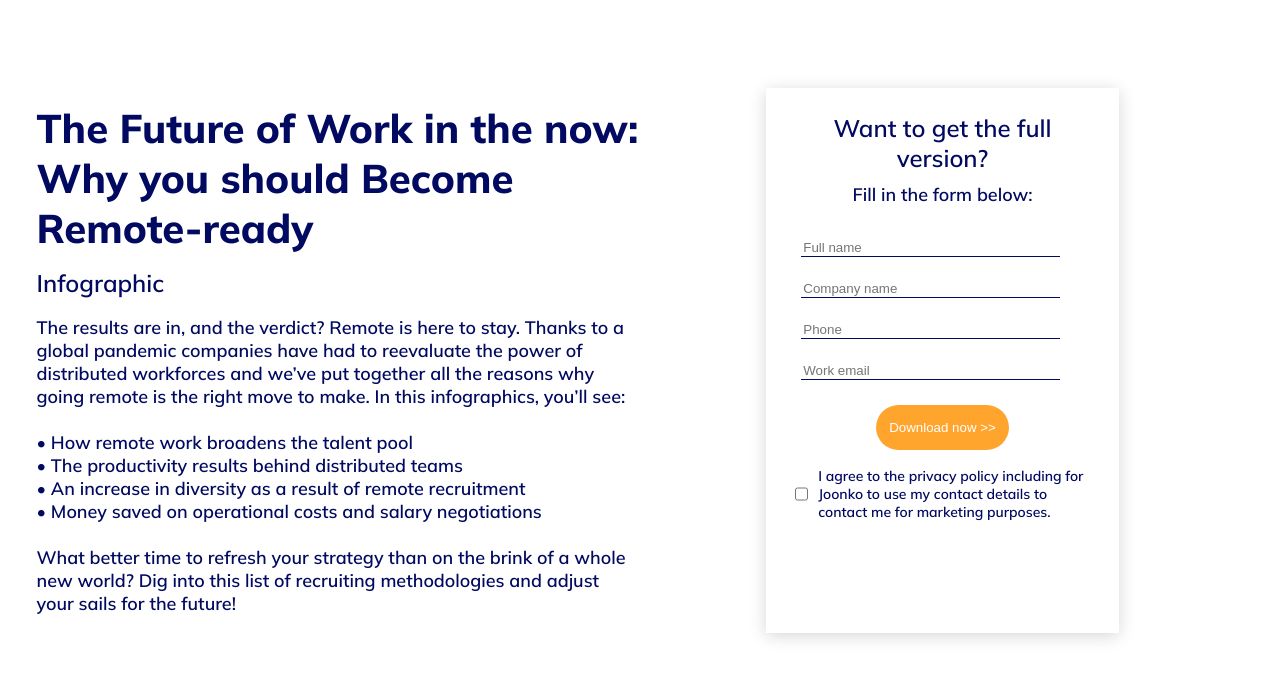
Repository: zivmorad/joonko-form
Page: /
An editor plug-in stored every save of this project. The page is shown before and after the next save, followed by the edit.
The browser window is 1280 px wide. The pictures show the whole page.
The project was rebuilt for these pictures with package versions that can differ from the ones it lists, and the page was loaded fresh each time.

Above is the page before, as saved 2021-08-03 12:17:41.

### public/index.html
<!DOCTYPE html>
<html lang="en">
	<head>
		<style>
			@import url('https://fonts.googleapis.com/css2?family=Mulish:wght@600;800&display=swap');
		</style>
		<meta charset="utf-8" />
		<meta name="viewport" content="width=device-width, initial-scale=1" />
		<meta name="theme-color" content="#000000" />
		<title>React App</title>
	</head>
	<body>
		<div id="root"></div>
	</body>
</html>

### src/App.js
import React, { useState } from 'react';

import './App.scss';

const defaultValues = {
	fullName: '',
	companyName: '',
	phone: '',
	workEmail: '',
	checkbox: false,
};

const App = () => {
	const [formValues, setFromValues] = useState(defaultValues);
	const [errors, setErrors] = useState({});
	const [emailError, setEmailError] = useState('');
	const [isCheckboxErr, setIsCheckboxErr] = useState(false);

	/**
	 * @description Handle user form changes values
	 */
	const onChangeFormValues = (e) => {
		const { name, value } = e.target;
		setFromValues({ ...formValues, [name]: value });
	};

	/**
	 * @description Handle form validation
	 * @returns isValid boolean
	 */
	const validation = () => {
		const newErrors = {};
		let isValid = true;
		const { email, checkbox, phone } = defaultValues;
		// Phone validation
		if (!validatePhoneNumber(phone)) {
			newErrors.phoneError = 'Invalid, please try again';
			isValid = false;
		}
		// Email validation
		if (!validateEmail(email)) {
			newErrors.email = 'Email badly formatted';
			isValid = false;
		}
		// Checkbox validation
		if (!checkbox) {
			setIsCheckboxErr(true);
			isValid = false;
		}
		setErrors(newErrors);
		return isValid;
	};

	// Email validation
	const validateEmail = (email) => {
		const re =
			/^(([^<>()[\]\\.,;:\s@"]+(\.[^<>()[\]\\.,;:\s@"]+)*)|(".+"))@((\[[0-9]{1,3}\.[0-9]{1,3}\.[0-9]{1,3}\.[0-9]{1,3}\])|(([a-zA-Z\-0-9]+\.)+[a-zA-Z]{2,}))$/;
		return re.test(String(email).toLowerCase());
	};

	// Phone validation
	const validatePhoneNumber = (phone) => {
		const re = /^[0][5][0|2|3|4|5|8|9]{1}[-]{0,1}[0-9]{7}$/;
		return re.test(String(phone).toLowerCase());
	};

	/**
	 * @description Send the form values to the server by axios post request
	 */
	const onClickSubmit = (e) => {
		e.preventDefault();
		const isValid = validation();
		if (isValid) {
			// TODO axios post req
			console.log({ formValues });
		}
	};
	console.log({ formValues });
	return (
		<div className="main-page-wrapper center-page">
			<div className="app-wrapper row">
				<div className="details-section column">
					<div className="details-text-wrapper">
						<div className="title bold">The Future of Work in the now: Why you should Become Remote-ready</div>
						<div className="sub-title">Infographic</div>
						<p className="details-text">
							The results are in, and the verdict? Remote is here to stay. Thanks to a global pandemic companies have
							had to reevaluate the power of distributed workforces and we’ve put together all the reasons why going
							remote is the right move to make. In this infographics, you’ll see:
							<br />
							<br />
							• How remote work broadens the talent pool
							<br />
							• The productivity results behind distributed teams
							<br />• An increase in diversity as a result of remote recruitment
							<br /> • Money saved on operational costs and salary negotiations
							<br />
							<br /> What better time to refresh your strategy than on the brink of a whole new world? Dig into this
							list of recruiting methodologies and adjust your sails for the future!
						</p>
					</div>
				</div>
				<div className="form-section column">
					<div className="form-card column">
						<form className="form-wrapper column" onSubmit={onClickSubmit}>
							<div className="form-title">Want to get the full version?</div>
							<div className="form-sub-title">Fill in the form below:</div>
							<div className="input-wrapper">
								<input
									type="text"
									placeholder="Full name"
									className="form-input"
									required
									name="fullName"
									onChange={onChangeFormValues}
								/>
							</div>
							<div className="input-wrapper">
								<input
									type="text"
									placeholder="Company name"
									className="form-input"
									required
									name="companyName"
									onChange={onChangeFormValues}
								/>
							</div>
							<div className="input-wrapper">
								<input
									type="number"
									placeholder="Phone"
									className="form-input"
									required
									name="phone"
									onChange={onChangeFormValues}
								/>
							</div>
							<div className="input-wrapper">
								<input
									type="text"
									placeholder="Work email"
									className="form-input"
									required
									name="workEmail"
									onChange={onChangeFormValues}
								/>
								<div className={`error ${errors.email ? 'error-active' : ''}`}>{errors.email}</div>
							</div>

							<button type="submit" className="form-btn">
								Download now {'>>'}
							</button>

							<div className="checkbox-input-wrapper row">
								<input type="checkbox" className="checkbox-input" />
								<div className={`check-box-text ${isCheckboxErr ? 'checkboxErr' : ''}`}>
									I agree to the privacy policy including for Joonko to use my contact details to contact me for
									marketing purposes.
								</div>
							</div>
						</form>
					</div>
				</div>
			</div>
		</div>
	);
};

export default App;

### src/App.scss
html {
	height: 100%;
	width: 100%;
}
#root {
	height: 100%;
	width: 100%;
}
body {
	margin: 0;
	padding: 0;
	font-size: 16px;
	font-family: 'Mulish', sans-serif;
	height: 100%;
	width: 100%;
}

.row {
	display: flex;
	flex-direction: row;
}

.column {
	display: flex;
	flex-direction: column;
}

.center-page {
	display: flex;
	flex-direction: column;
	align-items: center;
	text-align: center;
}

.bold {
	font-weight: bold;
}

.main-page-wrapper {
	width: 100%;
	height: 100%;
	justify-content: center;
	color: #010a60;
	.app-wrapper {
		padding: 35px;
		justify-content: space-between;
		max-height: 673px;
		.details-section {
			width: 50%;
			text-align: left;
			align-items: center;
			.details-text-wrapper {
				max-width: 602px;
				.title {
					font-size: 40px;
					margin: 15px 0px;
				}
				.sub-title {
					font-size: 24px;
					margin-bottom: 10px;
				}
				.details-text {
					font-size: 18px;
				}
			}
		}
		.form-section {
			width: 50%;
			height: 100%;
			align-items: center;
			.form-card {
				box-shadow: 0px 3px 16px #00000029;
				padding: 25px;
				height: 100%;
				width: 50%;
				.form-wrapper {
					.form-title {
						font-size: 24px;
						margin-bottom: 10px;
					}
					.form-sub-title {
						margin-bottom: 20px;
						font-size: 18px;
					}
					.input-wrapper {
						text-align: left;
						margin: 10px 10px;
						.form-input {
							border: none;
							width: 90%;
							border-bottom: 1px solid #010a60;
							outline: none;
						}
						.error {
							color: #ed6982;
							font-size: 12px;
							height: 15px;
							opacity: 0;
							&.error-active {
								opacity: 1;
							}
						}
					}
					.form-btn {
						border-radius: 50px;
						outline: none;
						border: none;
						width: fit-content;
						padding: 15px 13px;
						background: #ffa52e;
						color: white;
						margin: auto;
					}
					.checkbox-input-wrapper {
						margin: 17px 0px;
						font-size: 14px;
						text-align: left;
						.checkbox-input {
							margin-right: 10px;
						}
						.check-box-text {
							&.checkboxErr {
								color: #ed6982;
							}
						}
					}
				}
			}
		}
	}
}

/* Chrome, Safari, Edge, Opera */
input::-webkit-outer-spin-button,
input::-webkit-inner-spin-button {
	-webkit-appearance: none;
	margin: 0;
}

/* Firefox */
input[type='number'] {
	-moz-appearance: textfield;
}

Loaded but not shown: src/index.js (common file)

After the next save:
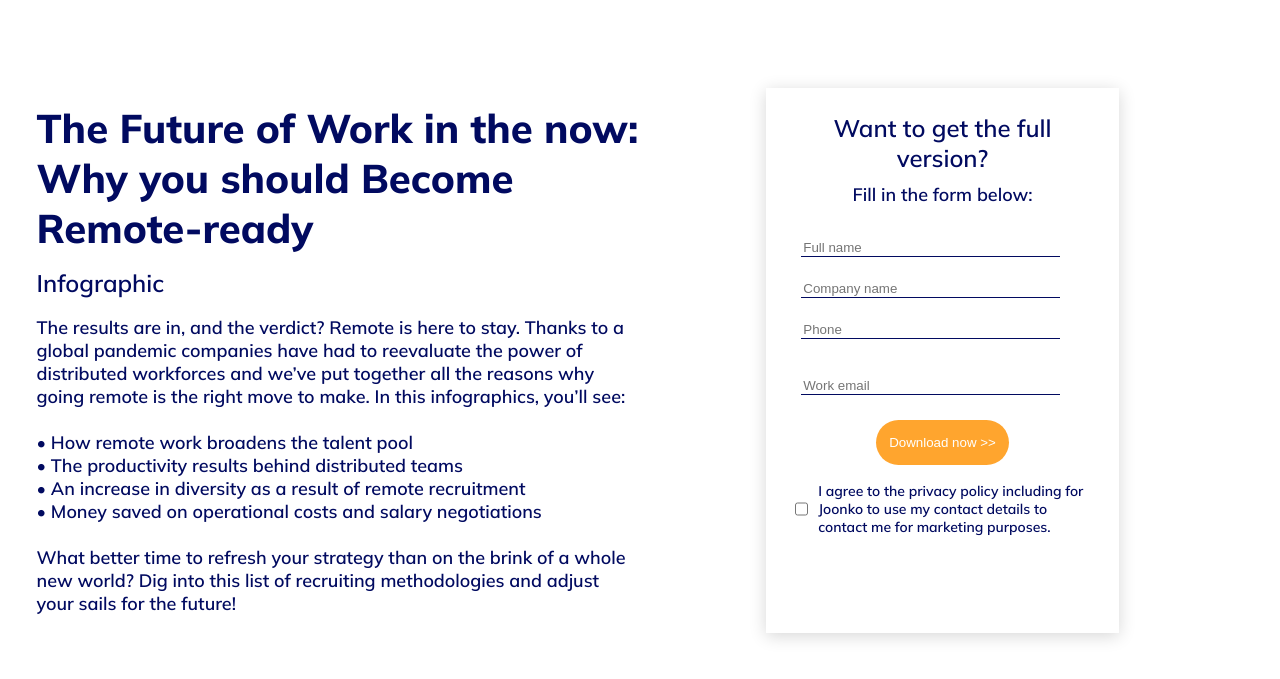
Saved 18 s later.
--- a/src/App.js
+++ b/src/App.js
@@ -134,6 +134,7 @@ const App = () => {
 									name="phone"
 									onChange={onChangeFormValues}
 								/>
+								<div className={`error ${errors.phone ? 'error-active' : ''}`}>{errors.phone}</div>
 							</div>
 							<div className="input-wrapper">
 								<input
